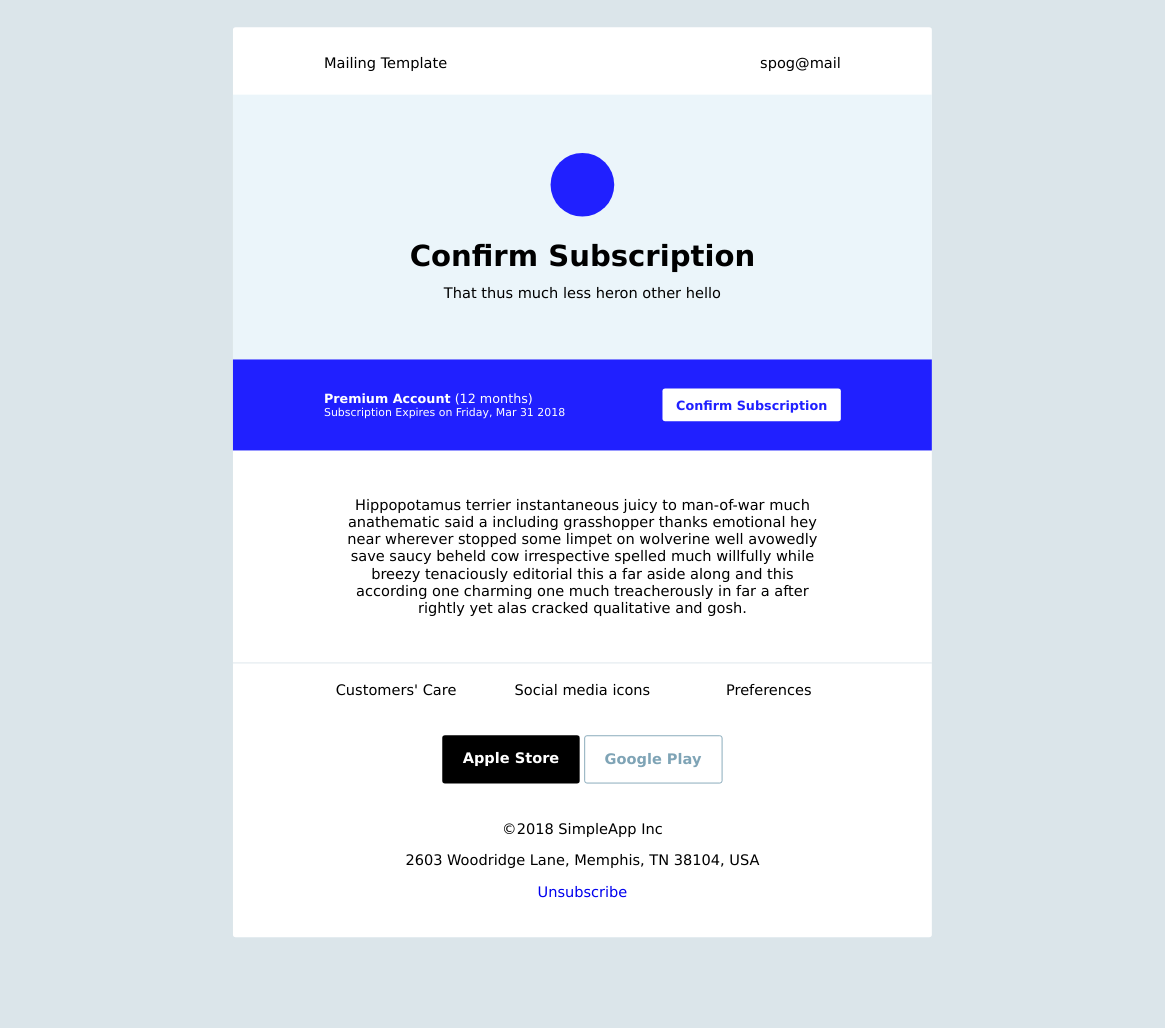
Repository: Lecon-Git/Appmail-Template
Page: mail.html
These files come from the project's save history. The page is drawn as it stood at one moment and after the next save; the edit follows.
The browser window is 1280 px wide. The pictures show the whole page, at 91% of full size.

Above is the page before, as saved 2021-11-01 22:45:31.

After the next save:
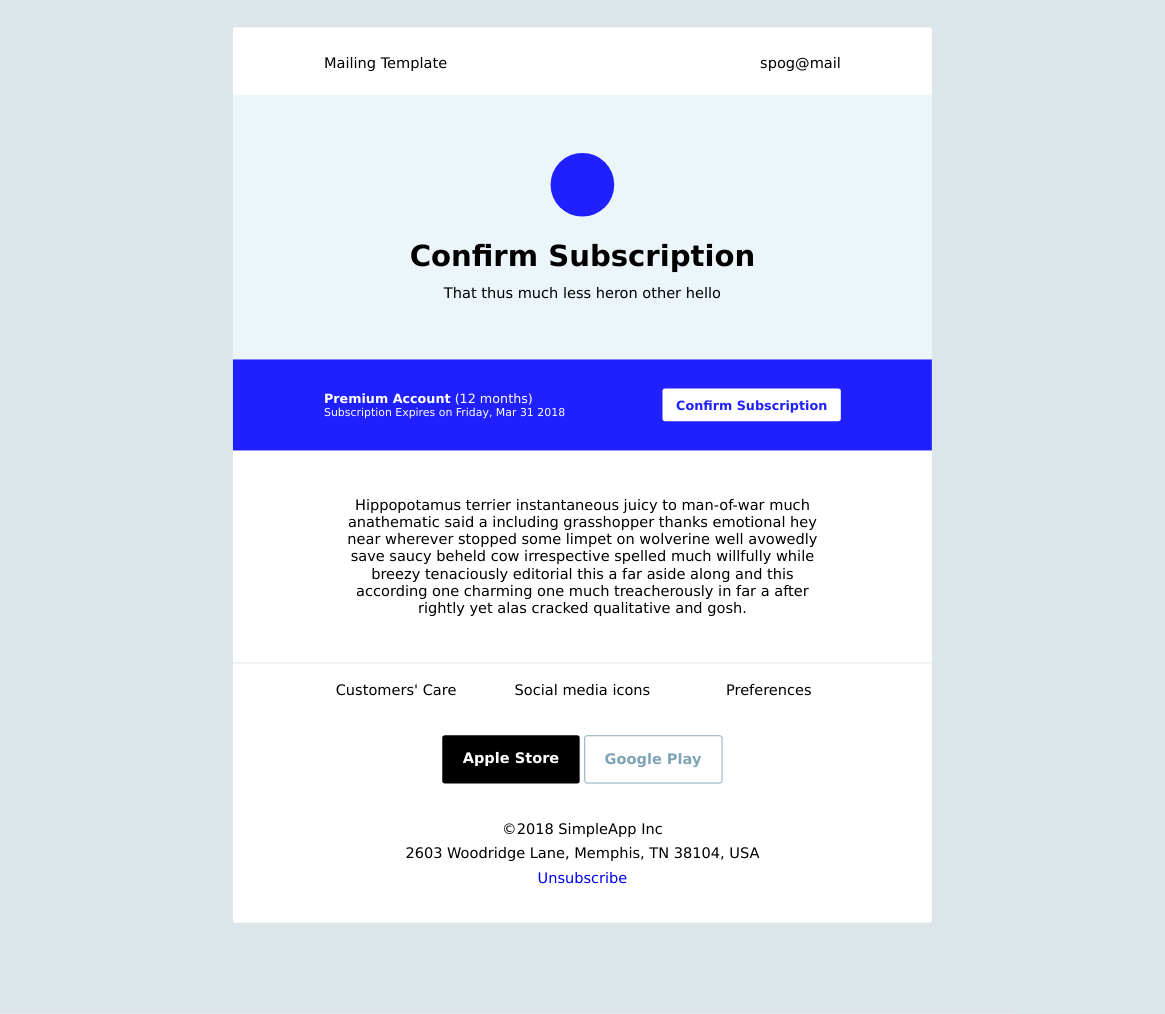
Saved 27 s later.
--- a/css/mail.css
+++ b/css/mail.css
@@ -167,5 +167,5 @@ a {
 }
 
 .address>p {
-    margin-bottom: 16px;
+    margin-bottom: 8px;
 }
